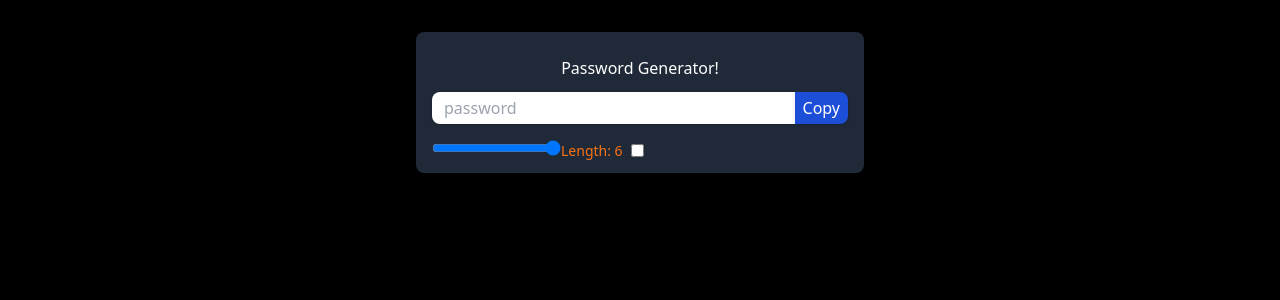
Repository: tirth2014/chai-aur-react
Page: / (app in 05_password-generator/)
An editor plug-in stored every save of this project. The page is shown before and after the next save, followed by the edit.
The browser window is 1280 px wide. The pictures show the whole page.
The project was rebuilt for these pictures with package versions that can differ from the ones it lists, and the page was loaded fresh each time. Also part of the build but not shown: 05_password-generator/vite.config.js.

Above is the page before, as saved 2023-10-07 17:12:38.

After the next save:
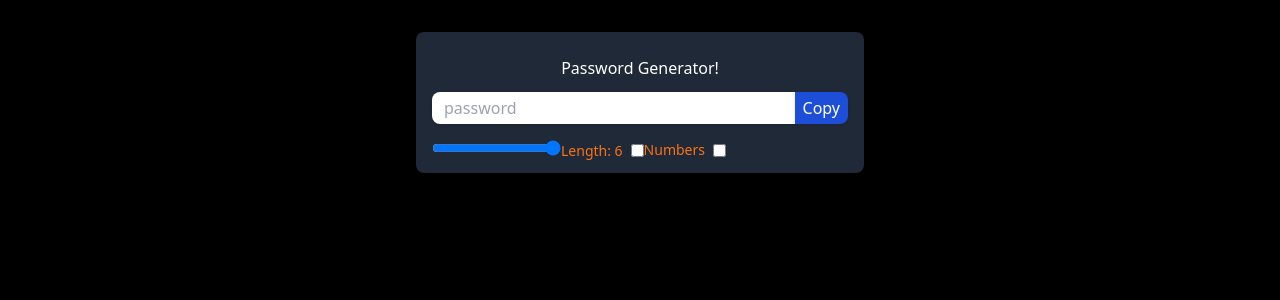
Saved 113 s later.
--- a/05_password-generator/src/App.jsx
+++ b/05_password-generator/src/App.jsx
@@ -40,8 +40,14 @@ function App() {
             type="checkbox"
             id='isNum'
             />
+            <label htmlFor="isNum">Numbers</label>
           </div>
-
+          <div className='flex'>
+            <input
+            type="checkbox"
+            id='isSpecialChar'
+            />
+          </div>
         </div>
       </div>
     </>
